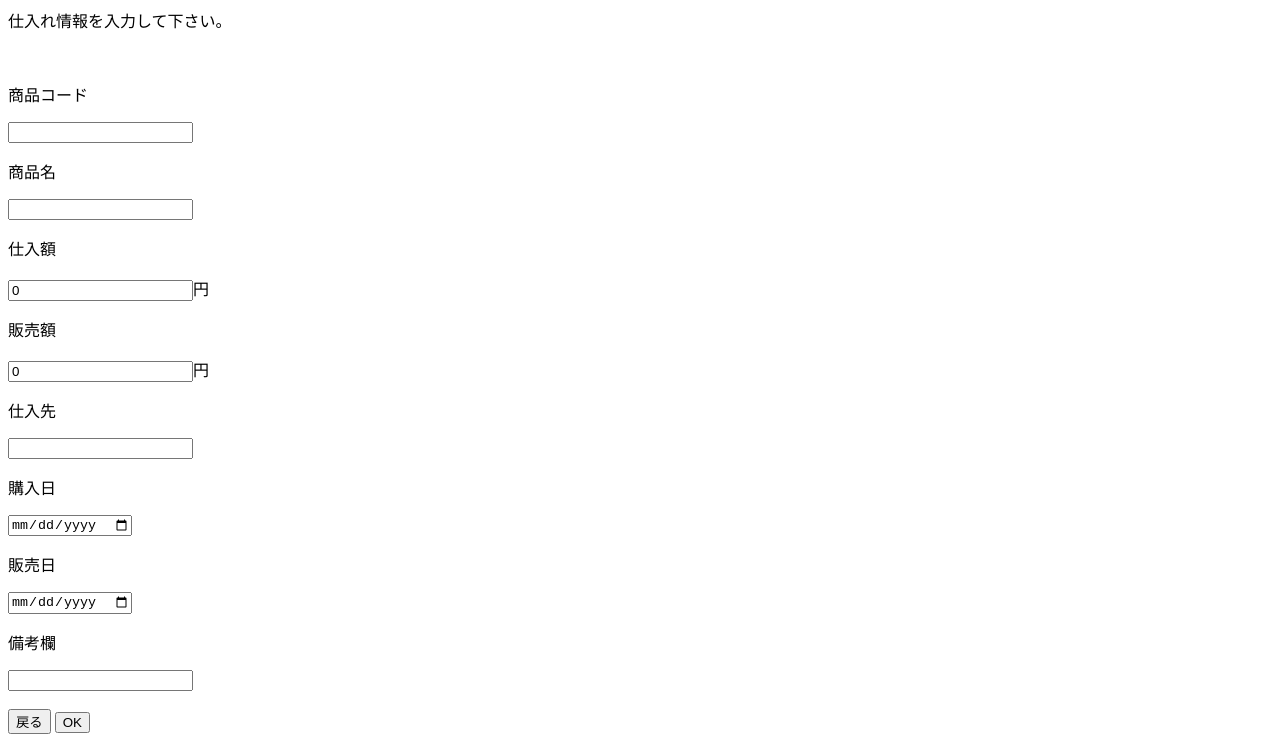
Repository: hayashikazuki/quroud9
Page: http://localhost/hurugi_keisan/product/hurugi_add.php
The author's editor kept a record of every edit. The page is drawn from the files as they stood at one moment, then again after the next edit.
The browser window is 1280 px wide. The pictures show the whole page.
The page is run by PHP 8.4 with error messages shown; the project is at /var/www/html/.

Above is the page before.

### hurugi_keisan/product/hurugi_add.php
<!DOCTTYPE>
<html lang="ja">
    <head>
        <meta charaset="UTF-8">
        <title>古着管理アプリ</title>
    </head>
    <body>
        <p>仕入れ情報を入力して下さい。</p>
        <br />
        <form action="hurugi_add_check.php" method="post" enctype="multipart/form-data">
            <p>商品コード</p>
            <input type="text" name="namecode" required>
            <br />
            <p>商品名</p>
            <input type="text" name="name" required>
            <br />
            <p>仕入額</p>
            <input type="text" name="stocking" value="0">円
            <br />
            <p>販売額</p>
            <input type="text" name="sale" value="0">円
            <br />
            <p>仕入先</p>
            <input type="text" name="shop" required>
            <br />
            <p>購入日</p>
            <input type="date" name="date">
            <br />
            <p>販売日</p>
            <input type="date" name="saledate">
            <br />
            <p>備考欄</p>
            <input name="remarks" rows="5" cols="30" style="resize:none">
            <br />
            <br />
            <input type="button" onclick="history.back()" value="戻る">
            <input type="submit" value="OK">
        </form>
    </body>
</html>

After the next edit:
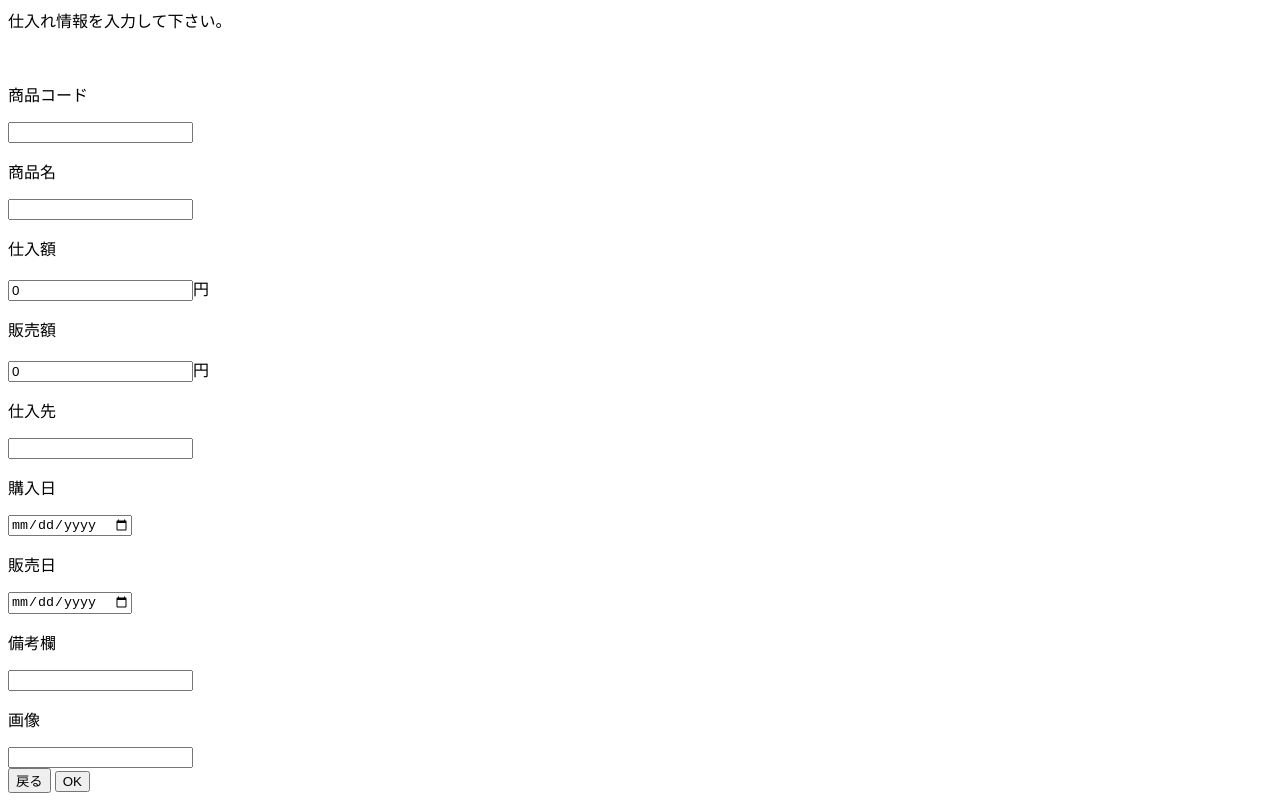
The edit:
--- a/hurugi_keisan/product/hurugi_add.php
+++ b/hurugi_keisan/product/hurugi_add.php
@@ -32,6 +32,8 @@
             <p>備考欄</p>
             <input name="remarks" rows="5" cols="30" style="resize:none">
             <br />
+            <p>画像</p>
+            <input name="gazou" rows="5" cols="30" style="resize:none">
             <br />
             <input type="button" onclick="history.back()" value="戻る">
             <input type="submit" value="OK">
